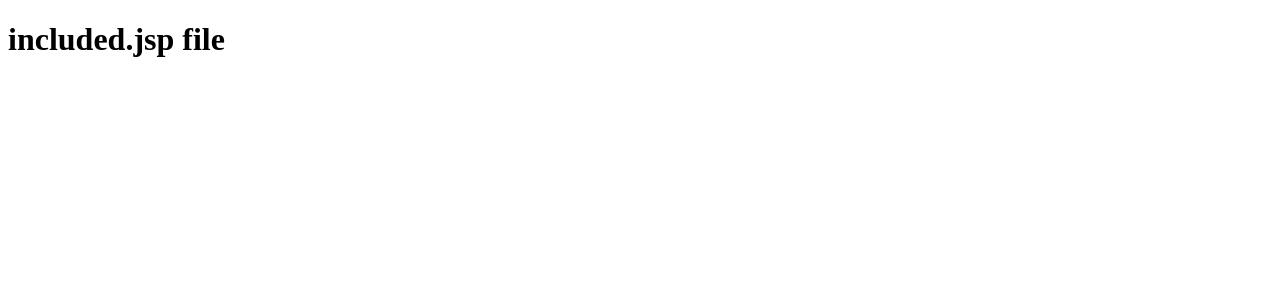
Repository: fkaraca44/JSP
Page: http://localhost/ServletTutorials2/Static_Dynamic_include/includeMe.jsp
The author's editor kept a copy of each file at every save. The page is drawn from the files as they stood at one save, then again after the next save.
The browser window is 1280 px wide. The pictures show the whole page.
The page is served by Tomcat 9. Other server files are loaded and not shown.

Above is the page before, as saved 2017-09-08 21:27:39.

### ServletTutorials2/src/main/webapp/Static_Dynamic_include/includeMe.jsp
<%@ page language="java" contentType="text/html; charset=ISO-8859-1"
    pageEncoding="ISO-8859-1"%>
<!DOCTYPE html PUBLIC "-//W3C//DTD HTML 4.01 Transitional//EN" "http://www.w3.org/TR/html4/loose.dtd">
<html>
<head>
<meta http-equiv="Content-Type" content="text/html; charset=ISO-8859-1">
<title>Insert title here</title>
</head>
<body>
 <h1>included.jsp file</h1>
</body>
</html>

After the next save:
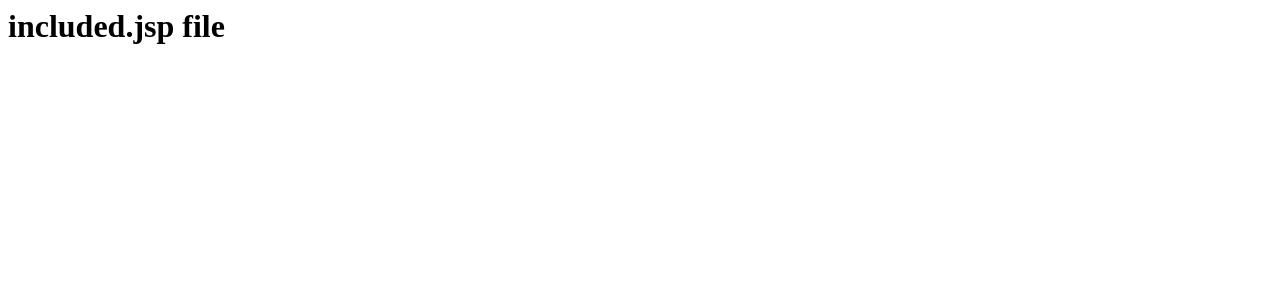
Saved 8 s later.
--- a/ServletTutorials2/src/main/webapp/Static_Dynamic_include/includeMe.jsp
+++ b/ServletTutorials2/src/main/webapp/Static_Dynamic_include/includeMe.jsp
@@ -1,12 +1 @@
-<%@ page language="java" contentType="text/html; charset=ISO-8859-1"
-    pageEncoding="ISO-8859-1"%>
-<!DOCTYPE html PUBLIC "-//W3C//DTD HTML 4.01 Transitional//EN" "http://www.w3.org/TR/html4/loose.dtd">
-<html>
-<head>
-<meta http-equiv="Content-Type" content="text/html; charset=ISO-8859-1">
-<title>Insert title here</title>
-</head>
-<body>
  <h1>included.jsp file</h1>
-</body>
-</html>
